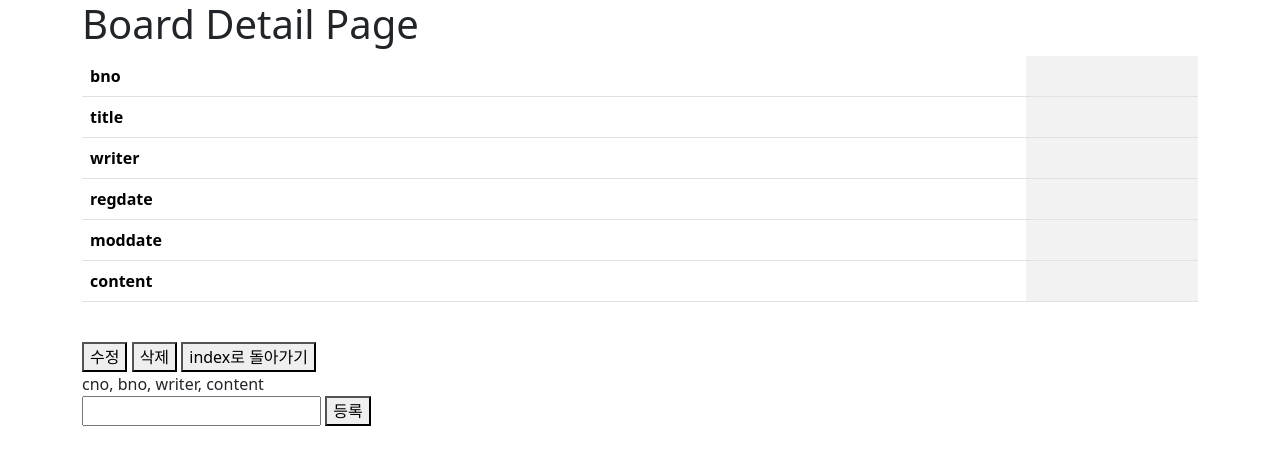
Repository: gajami-kim/240430_JSPJSTL_Study
Page: http://localhost/jsp_study2/board/detail.jsp
The author's editor kept a copy of each file at every save. The page is drawn from the files as they stood at one save, then again after the next save.
The browser window is 1280 px wide. The pictures show the whole page.
The page is served by Tomcat 9. The template is opened directly, without the code that normally fills it, so the values that code supplies are empty.

Above is the page before, as saved 2024-04-19 07:56:13.
Console error: TypeError: Cannot read properties of null (reading 'addEventListener')

After the next save:
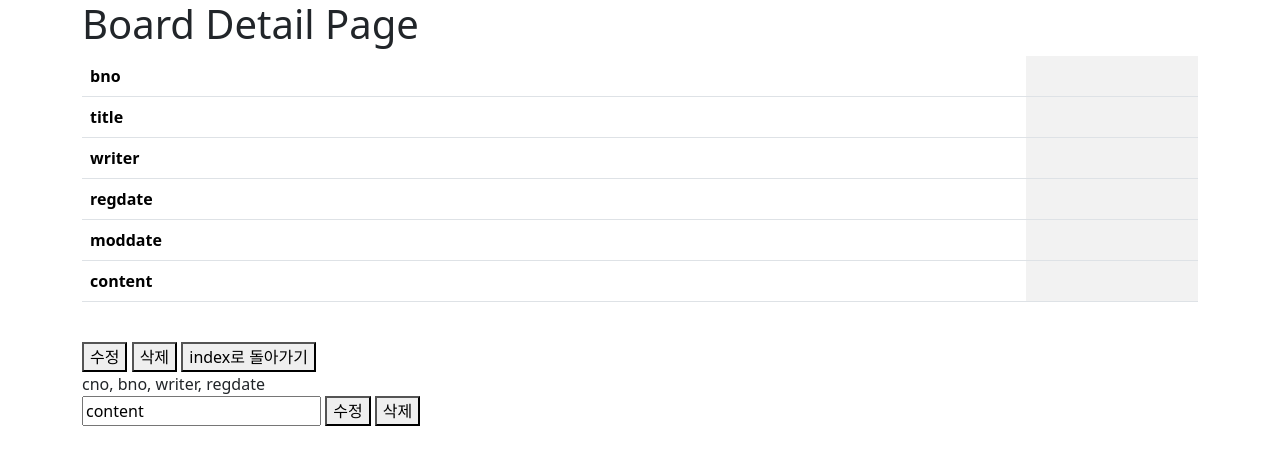
Saved 112 s later.
--- a/_jsp_workspace2/jsp_study2/src/main/webapp/board/detail.jsp
+++ b/_jsp_workspace2/jsp_study2/src/main/webapp/board/detail.jsp
@@ -47,9 +47,13 @@
 
 	<!-- commentLine -->
 	<div id="commentLine">
-		<div>cno, bno, writer, content</div>
-		<input type="text" name="comment">
-		<button type="button">등록</button>
+		<div>
+			<div>cno, bno, writer, regdate</div>
+			<div>
+				<input type="text" value="content">
+				<button>수정</button> <button>삭제</button>
+			</div>
+		</div>
 	</div>
 
 	<script type="text/javascript">
